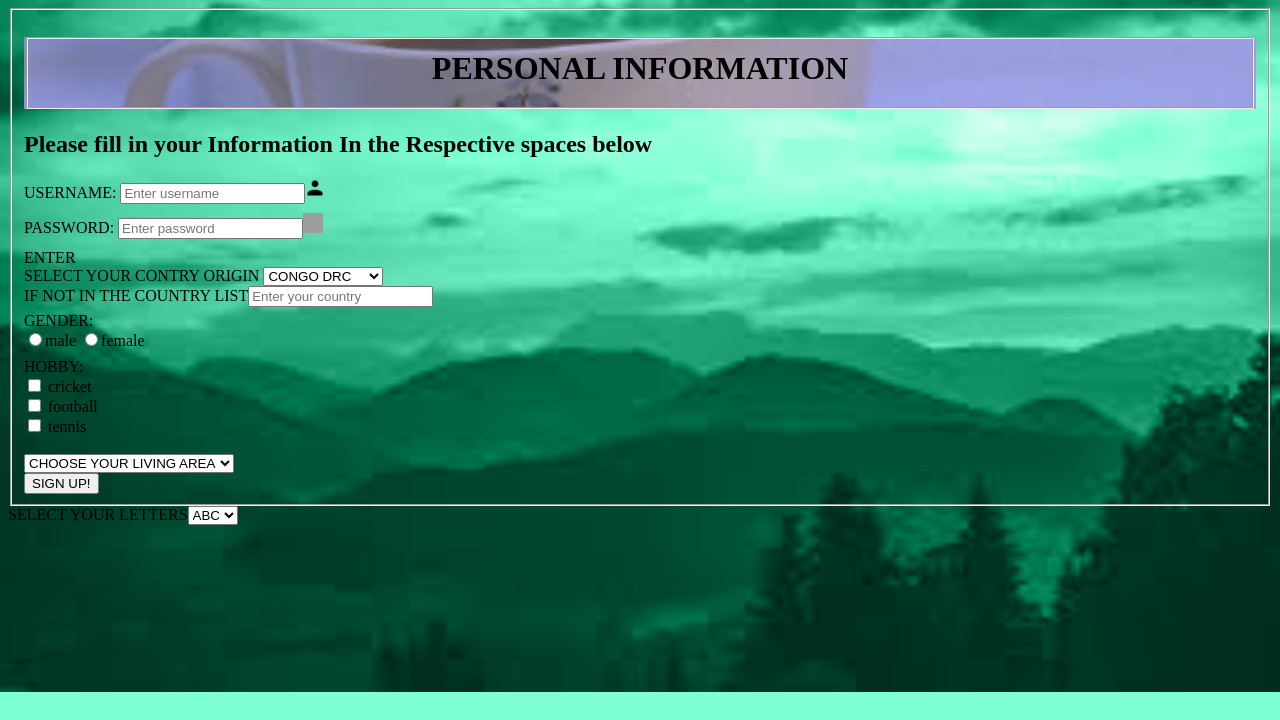
Repository: mirambialex/myform
Page: website/INDEX.HTML
These files come from the project's save history. The page is drawn as it stood at one moment and after a run of saves; the edit follows.
The browser window is 1280 px wide. The pictures show the whole page.
Pictures or frames that could not be fetched are drawn as grey boxes.

Above is the page before, as saved 2024-04-16 11:53:26.

### website/INDEX.HTML
<!DOCTYPE html>
<html lang="en">
<head>

    <title>WEBPAGE DESIGN</title>
    <LINK REL="STYLESHEET" HREF="STYLE.CSS">
</head>
<body>
    <FIEldset>
            <DIV class="AI">
                <h1><FIEldset>PERSONAL INFORMATION </FIEldset></h1>
</DIV>
<DIV CLASS="BI"> <H2>
    Please fill in your Information In the Respective spaces below
</H2>
</DIV>
<div class="gb">
 <DIV class="MAIN">USERNAME: <INPUT TYPE="TEXT" placeholder="Enter username"><img width="20" height="20" src="user.jpg"<br/>

 </DIV>
 <DIV class="A"> PASSWORD: <INPUT TYPE="PASSWORD" placeholder="Enter password"><img width="20" height="20" src="https://img.icons8.com/ios-filled/50/lock.png" alt="lock"/> <br/></DIV>
    <DIV class="AB">
        ENTER
    </DIV>
    <DIV CLASS="B">
        SELECT YOUR CONTRY ORIGIN <SELect>
            <OPTIon>CONGO DRC</OPTIon>
            <OPTIon>KENYA</OPTIon>
            <OPTIon>SUDAN</OPTIon>
            <OPTIon>SOUTH SUDAN</OPTIon>
            <OPTIon>RWANDA</OPTIon>
            <OPTIon>BURUNDI</OPTIon>
            <OPTIon>UGANDA</OPTIon>
            <OPTIon>TANZANIA</OPTIon>
            <OPTIon>SOMALIA</OPTIon>

        </SELect> <br/>
    </DIV>
    <div class="wcb">
    IF NOT IN THE COUNTRY LIST<INPUt type="TEXT" placeholder="Enter your country"</INPUt>
    </div>
<div class="d">
<LAbe for="GENDER">GENDER: </LAbel><BR/>
<INPUT type="radio" ID="GENDER" name="GENDER" VALUE="male"/>male
<INPUT type="radio" ID="GENDER" name="GENDER" VALUE="female"/>female <br/>
</div>
<div class="e">
HOBBY:<br>
<input type="checkbox" id="cricket" name="cricket" value="cricket"/>
<label for="cricket">cricket</label> <br>
<input type="checkbox" id="football" name="football" value="football"/>
<label for="football">football</label> <br>
<input type="checkbox" id="tennis" name="tennis" value="tennis"/>
<label for="tennis">tennis</label> <br>
<br/> </div>
<div class="address">
    <select name="address">
        <option value="one">CHOOSE YOUR LIVING AREA</option>
        <option>kakuma town</option>
        <option>kakuma 1</option>
        <option>kakuma 2</option>
        <option>kakuma 3</option>
        <option>kakuma 4</option>
        <option>kalobeyeyi</option>
    </select>
</div>
<DIV class="C"><BUTTon>SIGN UP!</BUTTon></DIV>
</FIEldset>
</div>
</div>
<DIV class="SELECT">
    SELECT YOUR LETTERS<SELect>
        <OPTION>ABC</OPTION>
        <OPTIon>DEF</OPTIon>
    </SELect>
</DIV>
 </body>
</html>

### website/STYLE.CSS
BODY{
    background-image: url(IMAGE.JPG);
    background-color: aquamarine;
    background-position: center;
    background-size: cover;
    background-repeat: no-repeat;
    background-blend-mode: luminosity;
}
H1{
    text-align: center;
}
.O{
    background-color: aliceblue;
    background-image: url(ALEX.PNG.JPG);
}
.MAIN{
    margin-bottom: 0.8%;
    background-color:
}
.A{
    margin-bottom: 0.8%;
}
.c{
    margin-bottom: 1.5%;
    color: blueviolet;
    text-decoration: aqua;
}
.d{
    margin-top: 0.4%;

}
.e{
    margin-top: 0.6%;
}
.AI{
    background-image: url(ALEX.JPG);
    background-repeat: no-repeat;
    background-position: center;
    background-size: cover;
}
.gb{
    display: block;

}
: :-ms-input-placeholder{
    color:red;
}
.address{

}

After the next 2 saves:
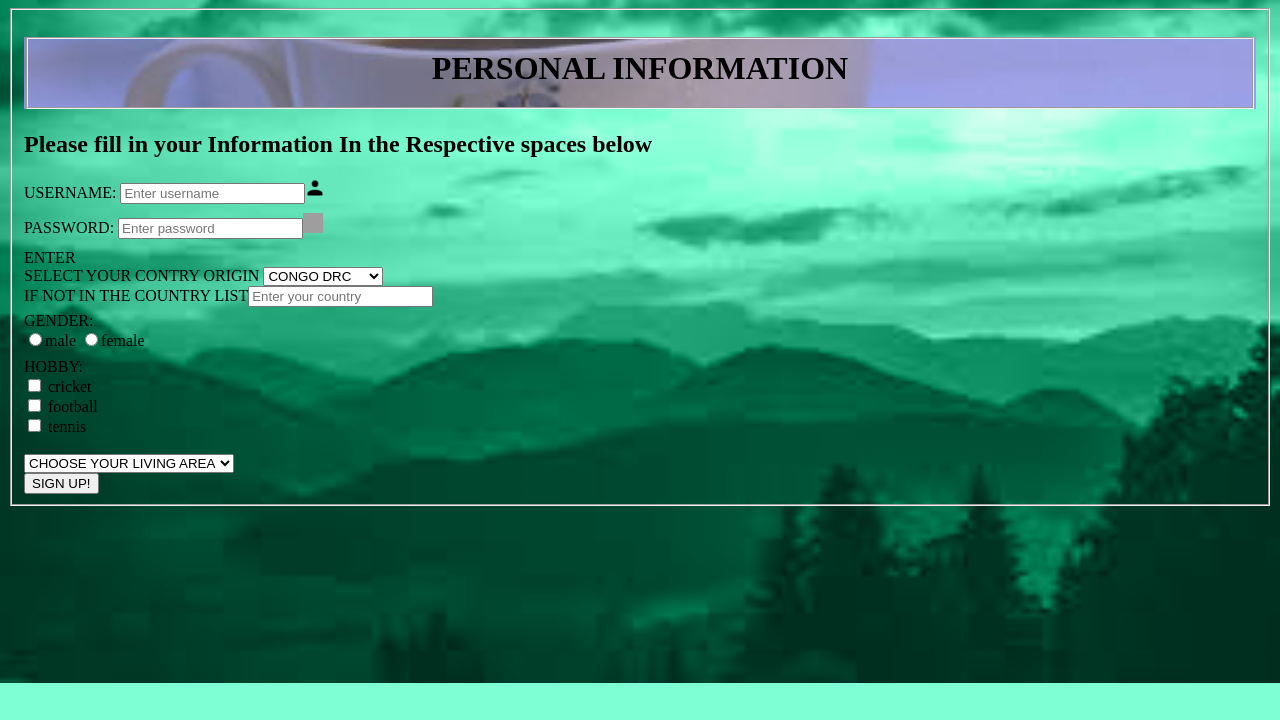
The 2 saves are shown as one change because they came seconds apart.
The last was saved 25 s later.
--- a/website/INDEX.HTML
+++ b/website/INDEX.HTML
@@ -68,11 +68,6 @@ HOBBY:<br>
 </FIEldset>
 </div>
 </div>
-<DIV class="SELECT">
-    SELECT YOUR LETTERS<SELect>
-        <OPTION>ABC</OPTION>
-        <OPTIon>DEF</OPTIon>
-    </SELect>
 </DIV>
  </body>
 </html>
